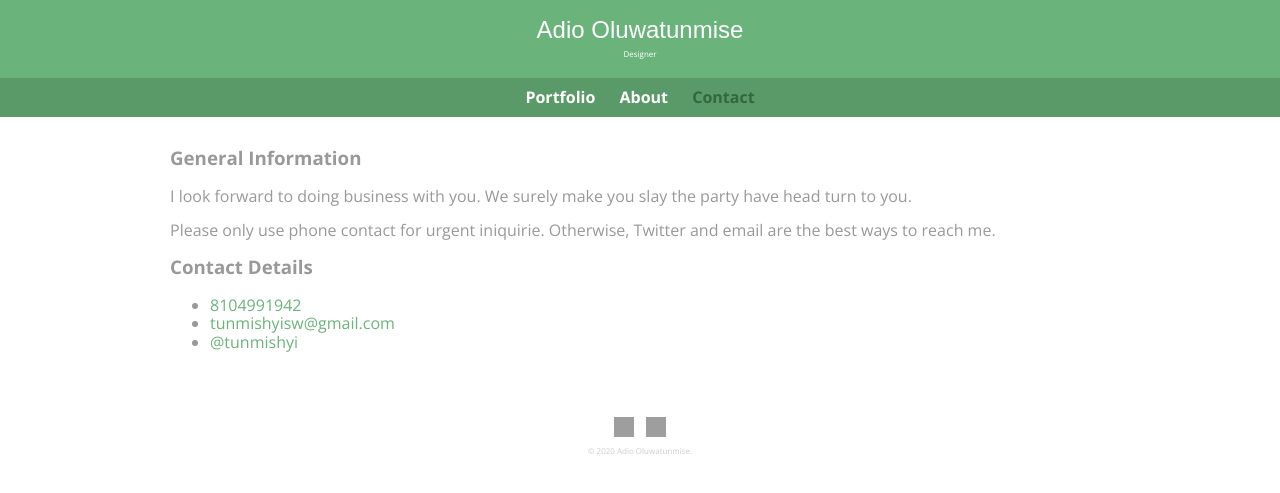
Repository: tunmishyi/fabsdesign
Page: contact.html
The author's editor kept a copy of each file at every save. The page is drawn from the files as they stood at one save, then again after the next save.
The browser window is 1280 px wide. The pictures show the whole page.
Pictures or frames that could not be fetched are drawn as grey boxes. Some web fonts or font styles are not loaded; a fallback is used.

Above is the page before, as saved 2020-05-25 23:35:15.
Not found: img/phone.png

After the next save:
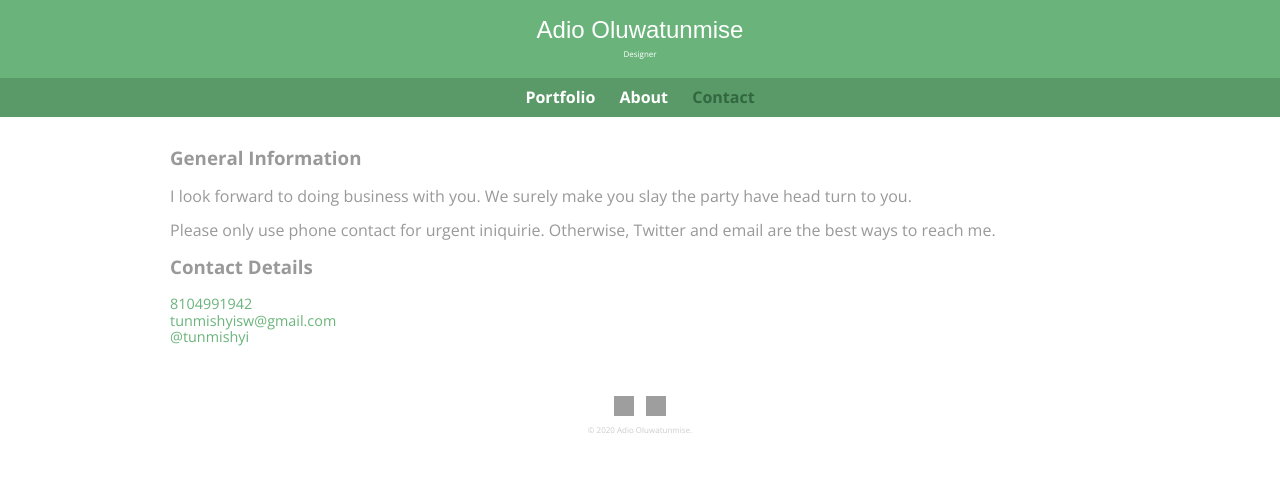
Saved 43 s later.
--- a/main.css
+++ b/main.css
@@ -145,7 +145,7 @@ PAGE: ABOUT
 PAGE: CONTACT
 ***********/
 
-.contact-info: {
+.contact-info {
     list-style: none;
     padding: 0;
     margin: 0;
